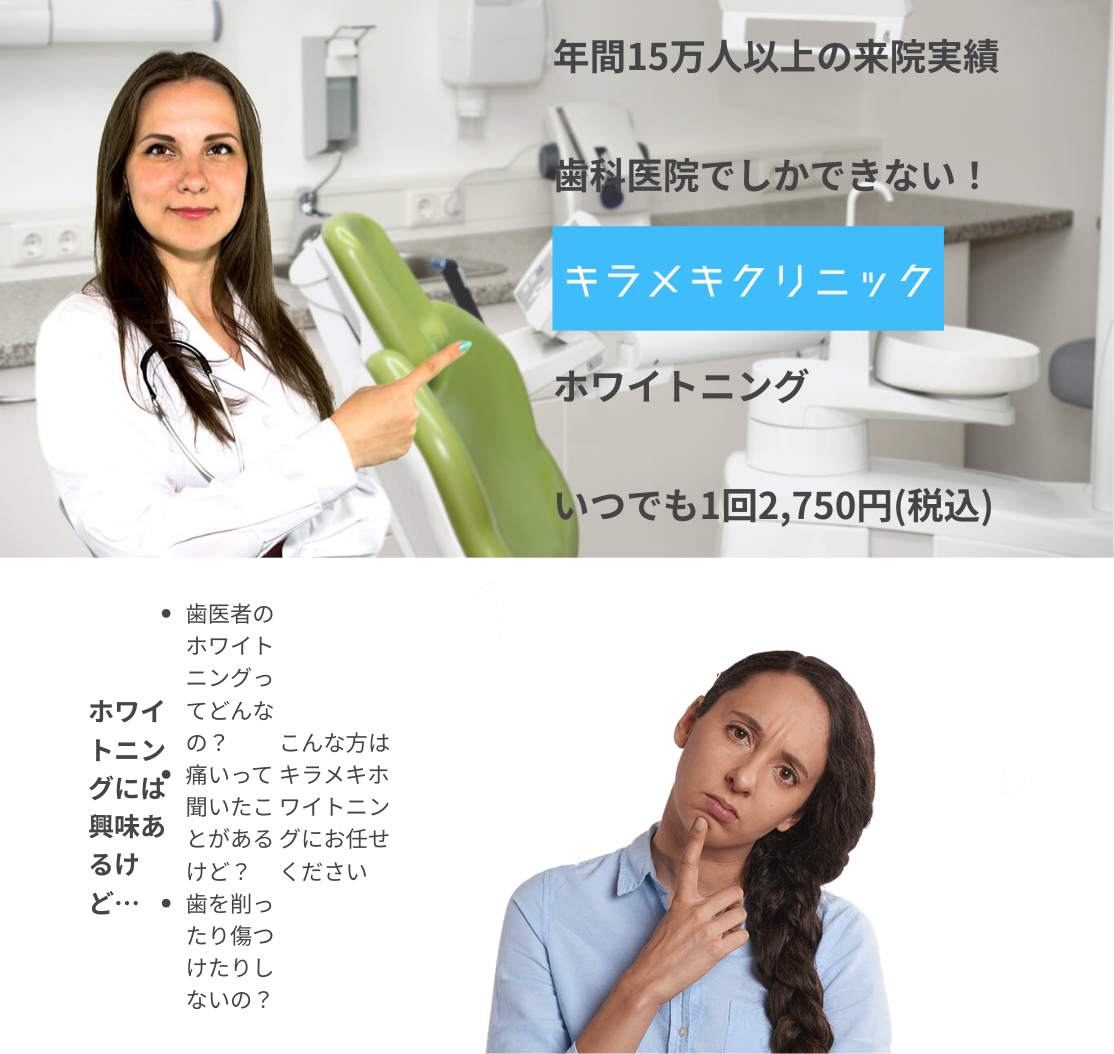
Repository: ryu-nuno/tech_academy_subwork
Page: first/index.html
The author's editor kept a record of every edit. The page is drawn from the files as they stood at one moment, then again after the next edit.
The browser window is 1280 px wide. The pictures show the whole page, at 87% of full size.
Some web libraries are served in a nearby version.

Above is the page before.

After the next edit:
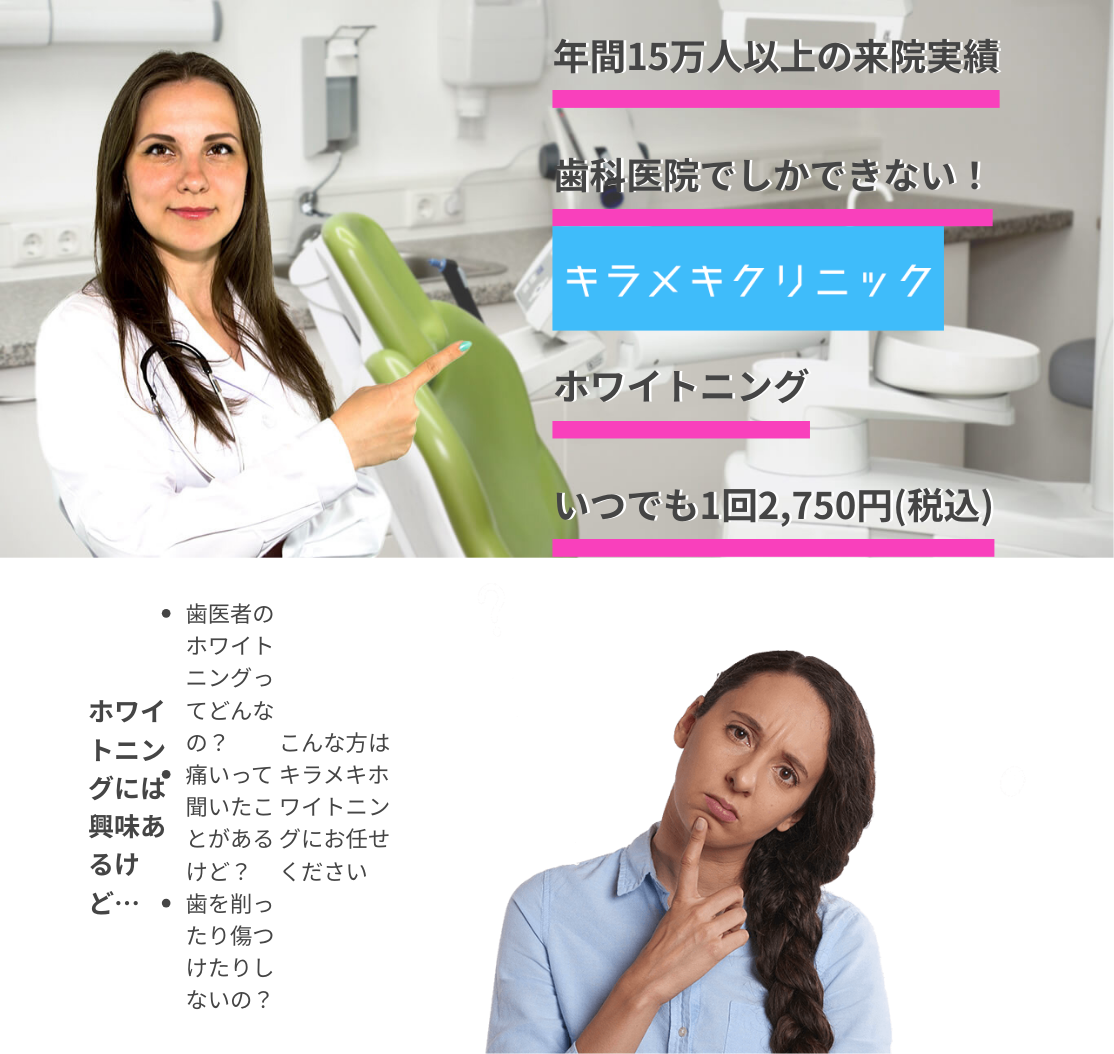
The edit:
--- a/first/css/style.css
+++ b/first/css/style.css
@@ -40,6 +40,8 @@
     display: inline-block;
     font-size: 3.294vw;
     line-height: calc(4.5rem + 1.6rem * 2);
+    background: linear-gradient(transparent calc(100% - 20px), #f940bc calc(100% - 20px));
+    text-shadow: 3px 0 #fff;
 }
 
 .wrapper span+span {
